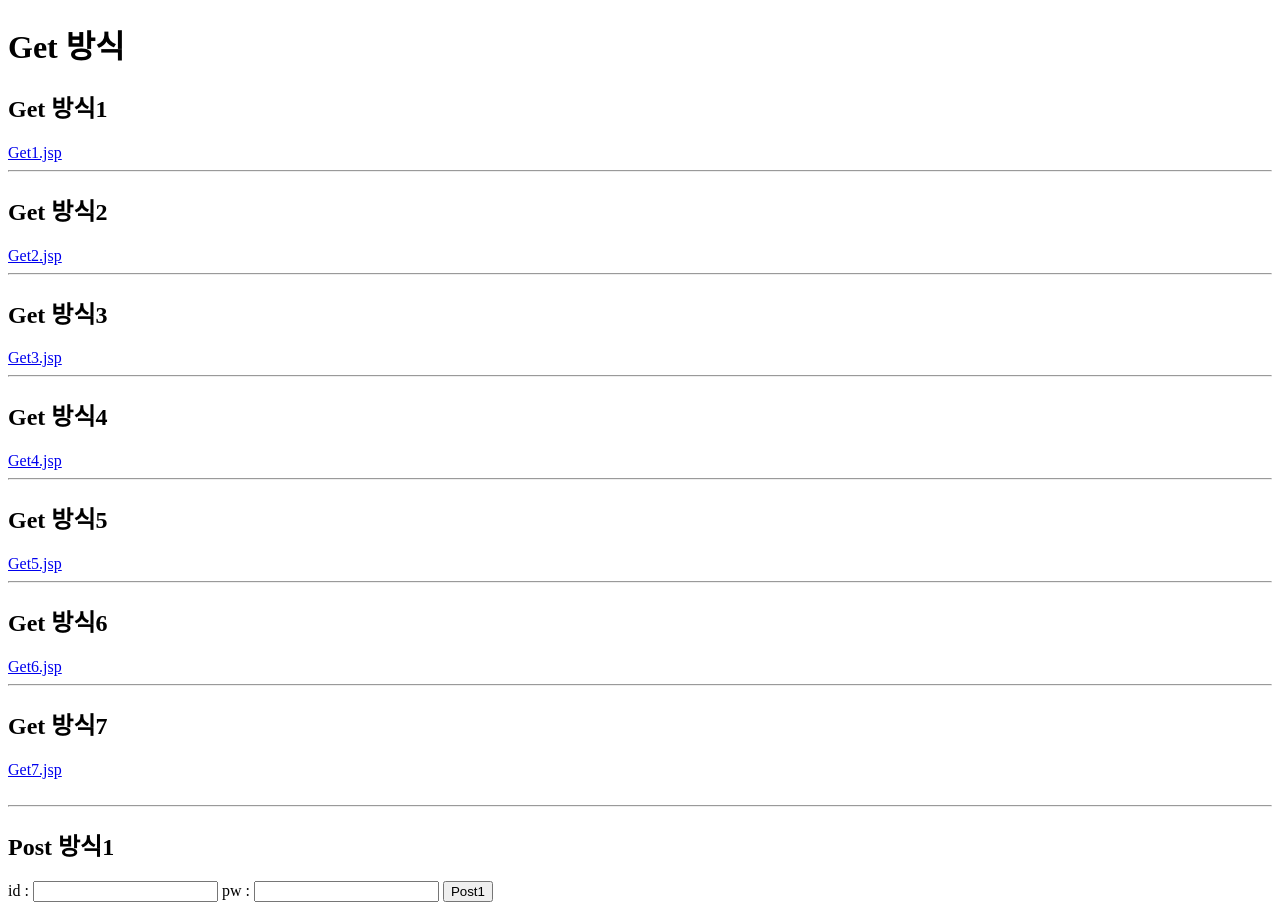
Repository: dllgkdud/pro4
Page: http://localhost/pro04/WEB-INF/views/sample/main.jsp
These files come from the project's save history. The page is drawn as it stood at one moment and after the next save; the edit follows.
The browser window is 1280 px wide. The pictures show the whole page.
The page is served by Tomcat 9. Nobody is signed in. The template is opened directly, without the code that normally fills it, so the values that code supplies are empty.

Above is the page before, as saved 2022-11-22 02:42:27.

After the next save:
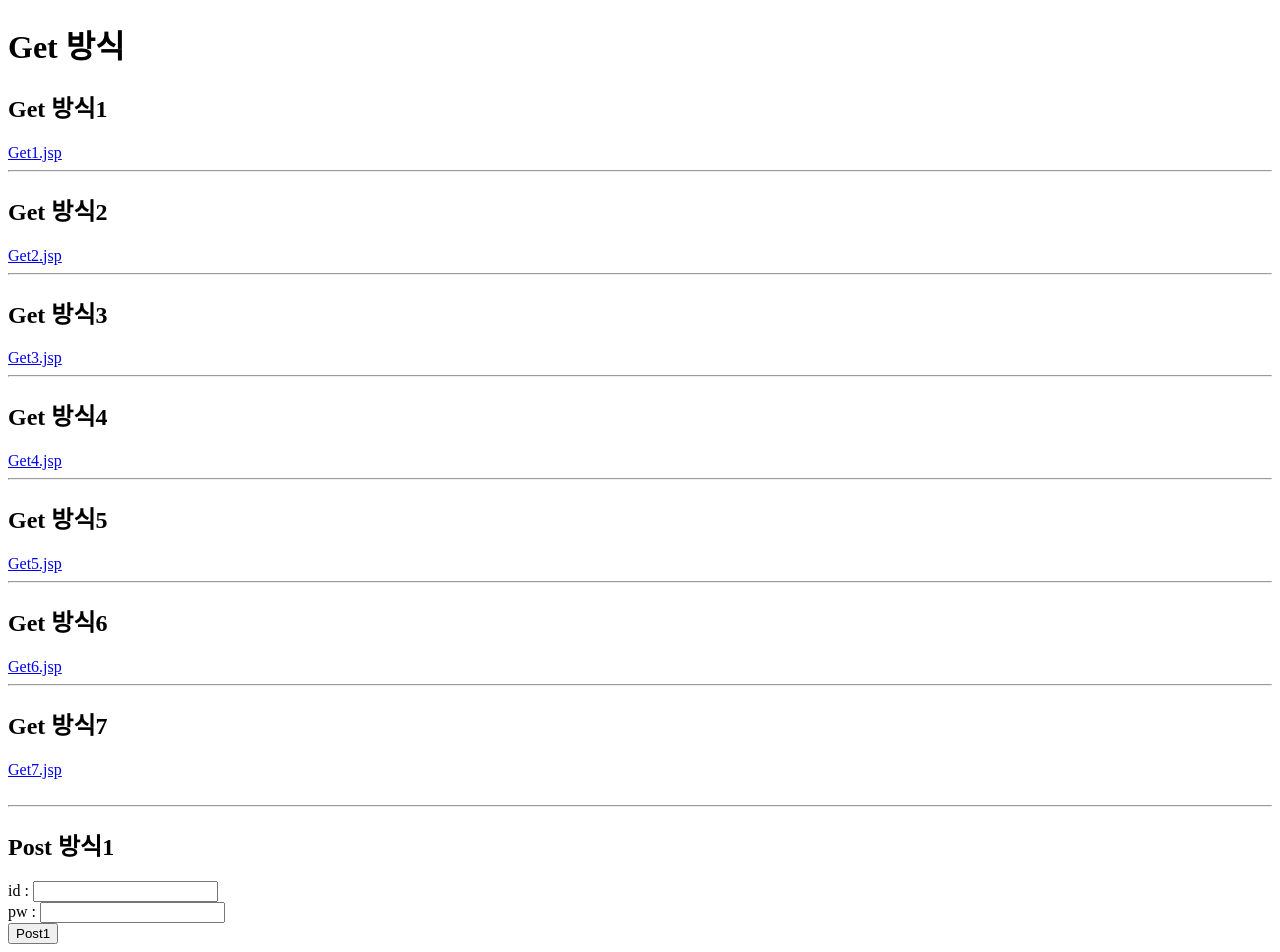
Saved 37 s later.
--- a/pro04/src/main/webapp/WEB-INF/views/sample/main.jsp
+++ b/pro04/src/main/webapp/WEB-INF/views/sample/main.jsp
@@ -51,8 +51,8 @@
 	<h2>Post 방식1</h2>
 	<div>
 		<form action="./post1" method="post">
-		id : <input type="text" name="id" id="id" required />
-		pw : <input type="password" name="pw" id="pw" required />
+		id : <input type="text" name="id" id="id" required /><br>
+		pw : <input type="password" name="pw" id="pw" required /><br>
 		<input type="submit" value="Post1"/>
 		</form>
 	</div>
